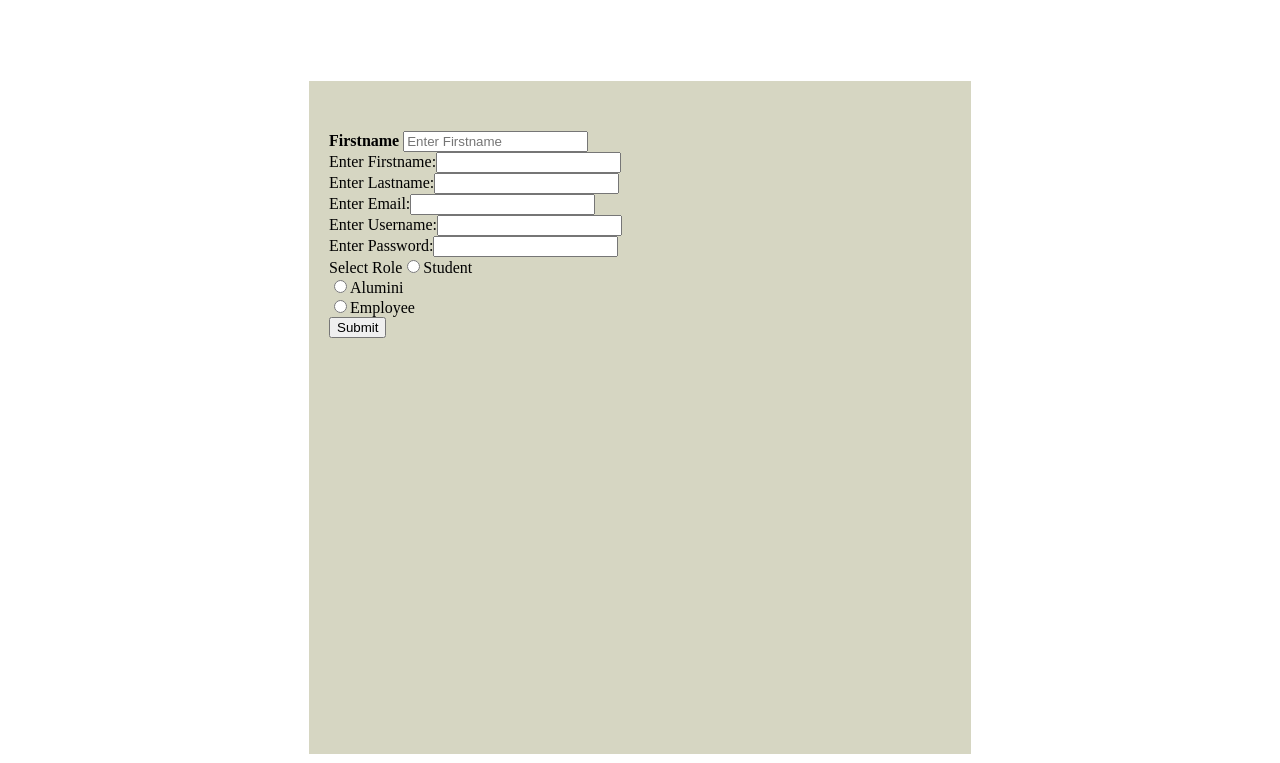
Repository: NeeleshPoojari/Project-2
Page: frontend_project2/WebContent/views/registrationform.html
An editor plug-in stored every save of this project. The page is shown before and after the next save, followed by the edit.
The browser window is 1280 px wide. The pictures show the whole page.

Above is the page before, as saved 2017-07-17 06:54:44.

After the next save:
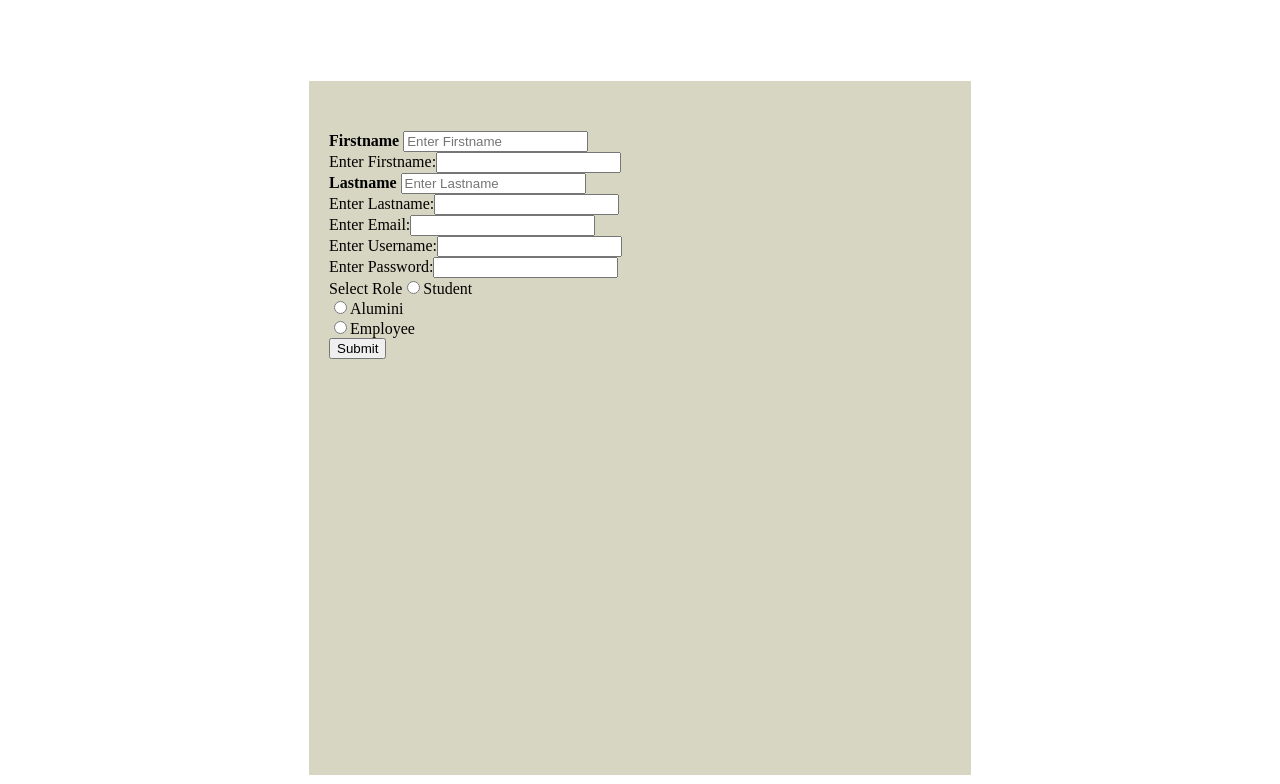
Saved 97 s later.
--- a/frontend_project2/WebContent/views/registrationform.html
+++ b/frontend_project2/WebContent/views/registrationform.html
@@ -27,6 +27,13 @@
 
 		Enter Firstname:<input type="text" ng-model="user.firstname"><br>
 
+<!-- <div class="row"> -->
+			<div class="form-group col-xs-4">
+				<label><b>Lastname</b></label> <input type="text"
+					ng-model="user.lastname" placeholder="Enter Lastname"
+					class="form-control input-lg" required>
+			</div>
+	<!-- 	</div> -->
 
 
 
